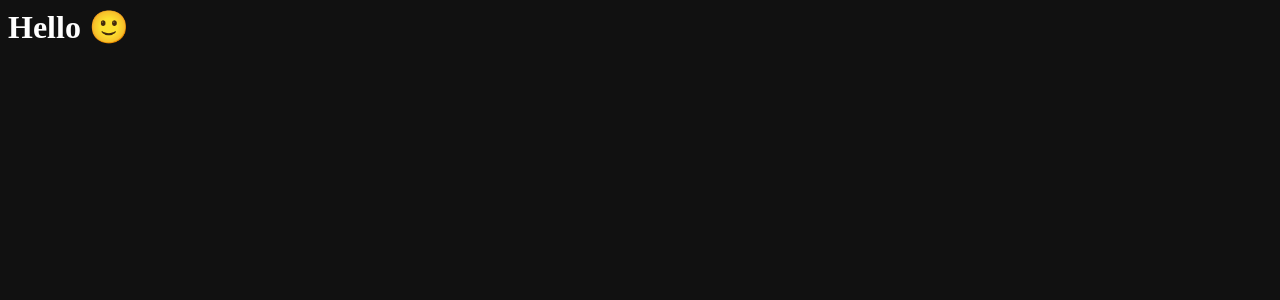
Repository: 43320888/upwork
Page: popup8.html
An editor plug-in stored every save of this project. The page is shown before and after the next save, followed by the edit.
The browser window is 1280 px wide. The pictures show the whole page.

Above is the page before, as saved 2019-01-24 09:00:31.

After the next save:
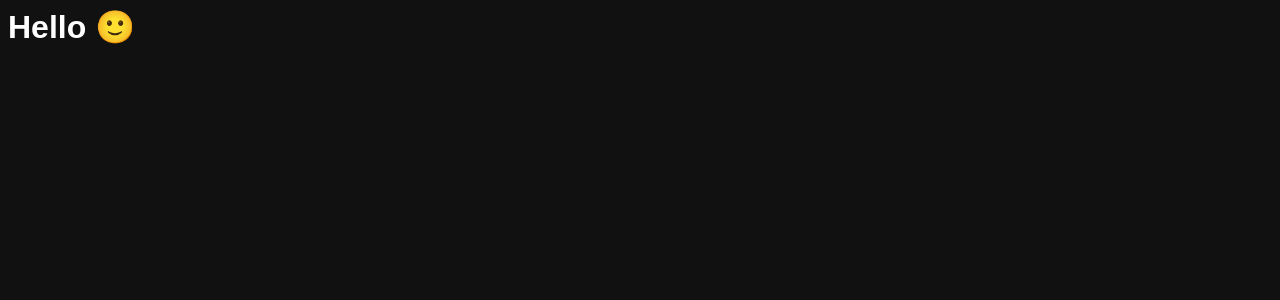
Saved 1 s later.
--- a/popup8.html
+++ b/popup8.html
@@ -1,4 +1,4 @@
 <meta http-equiv="Content-Type" content="text/html;charset=UTF-8">
-<body style="background:#111; color: white">
+<body style="background:#111; color:#fff; font-family: Arial, Helvetica, sans-serif">
 	<h1>Hello 🙂</h1>
 </body>
